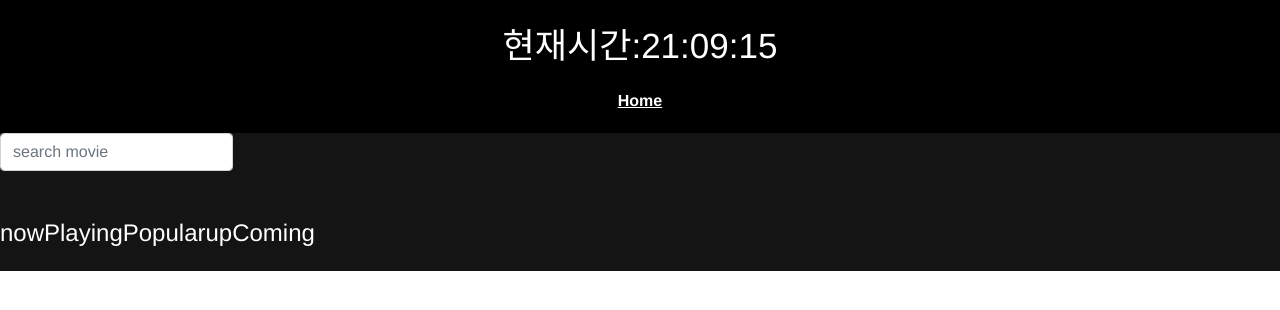
Repository: HeeJeong0718/Vuemovie
Page: /
The author's editor kept a copy of each file at every save. The page is drawn from the files as they stood at one save, then again after the next save.
The browser window is 1280 px wide. The pictures show the whole page.
The page's requests for data from a server got no answer. The project was rebuilt for these pictures with package versions that can differ from the ones it lists, and the page was loaded fresh each time. No one was signed in, and anything a server would have sent is missing. Also part of the build but not shown: vue.config.js.

Above is the page before, as saved 2022-06-20 21:06:49.

### src/main.js
import Vue from 'vue'
import App from './App.vue'
import './registerServiceWorker'
import router from './router'
import BootstrapVue from 'bootstrap-vue'
import 'bootstrap/dist/css/bootstrap.min.css'
import 'bootstrap-vue/dist/bootstrap-vue.css'

Vue.use(BootstrapVue)
Vue.config.productionTip = false

new Vue({
  router,
  render: h => h(App)
}).$mount('#app')

### src/App.vue
<template>
  <div id="app">
    <nav id="nav">
      <div class="clock">
    <p>현재시간:{{now}}</p>
    </div>
      <router-link to="/">Home</router-link>

    </nav>
    <router-view/>
  </div>
</template>
<script>
export default{
 data(){
   return {
       now : "00:00:00"
   }
 },
 mounted(){
      this.setTime();
 },
 methods:{
            //시계만들기
              setTime(){
                setInterval(() => {
                  const date = new Date()
                  this.now = date.getHours() +
                  ":" + this.checkSingleDigit(date.getMinutes()) + ":" +
                        this.checkSingleDigit(date.getSeconds());
                },1000)
              },
              //1의자리로 시작하는거 0붙여주기
              checkSingleDigit(digit){
                return ('0' + digit).slice(-2)
              }
 }
}
</script>

<style>
* {
  color: #ffffff;
  margin:0;
  padding:0;
}
body{
  background-color: rgb(20, 20, 20);
}
#app {
  font-family: Avenir, Helvetica, Arial, sans-serif;
  -webkit-font-smoothing: antialiased;
  -moz-osx-font-smoothing: grayscale;
  text-align: center;
  color: #2c3e50;
    background-color: rgb(20, 20, 20);
}
#nav {
  text-align: center;
  padding: 20px;
  position: relative;
  z-index: 99;
  background: black;
}

nav a {
  font-weight: bold;
  color: #2c3e50;
}

nav a.router-link-exact-active {
  color: #42b983;
}
.router-link-exact-active {
  color: white !important;
}
.clock {
    font-size: 35px;
  }
</style>

### src/router/index.js
import Vue from 'vue'
import VueRouter from 'vue-router'
import HomeView from '../views/HomeView.vue'

Vue.use(VueRouter)

const routes = [
  {
    path: '/',
    name: 'home',
    component: HomeView
  },
  {
    path: '/about',
    name: 'about',
    // route level code-splitting
    // this generates a separate chunk (about.[hash].js) for this route
    // which is lazy-loaded when the route is visited.
    component: () => import(/* webpackChunkName: "about" */ '../views/AboutView.vue')
  },
  {
    path: '/detail/:id',
    name: 'Detail',
    // route level code-splitting
    // this generates a separate chunk (about.[hash].js) for this route
    // which is lazy-loaded when the route is visited.
    component: () => import(/* webpackChunkName: "about" */ '../components/MovieDetail.vue')
  }
]

const router = new VueRouter({
  mode: 'history',
  base: process.env.BASE_URL,
  routes
})

export default router

### src/views/HomeView.vue
<template>
  <div class="home">
    <MovieSearch></MovieSearch>
    <HelloWorld msg="Welcome to Your Vue.js App"/>

  </div>
</template>

<script>
// @ is an alias to /src
import HelloWorld from '@/components/HelloWorld.vue'
import MovieSearch from '@/components/MovieSearch.vue'
export default {
  name: 'HomeView',
  components: {
    HelloWorld,
    MovieSearch
  },

}
</script>

### src/components/HelloWorld.vue
<template>
<div class="d-flex flex-wrap hello">
 <!-- <b-form @submit.prevent="onSearch()">
    <b-form-input v-model="keyword"  placeholder="search movie"></b-form-input>
  </b-form>-->
  <MovieText :text="'nowPlaying'"></MovieText>
  <MovieList :movielist="movieList"></MovieList>
    <MovieText :text="'Popular'"></MovieText>
    <MovieList :movielist="popularList"></MovieList>
    <MovieText :text="'upComing'"></MovieText>
    <MovieList :movielist="upComingList"></MovieList>

  </div>
</template>

<script>
import axios from 'axios'
import MovieText from "../components/MovieText";
import MovieList from "../components/MovieList";
export default {
  name: 'HelloWorld',
  components:{
    MovieText,MovieList
  },

  data() {
     const BASE_URL = "https://image.tmdb.org/t/p/original/";
    return {
      movieList : [],
      popularList : [],
      upComingList : [],
      BASE_URL,
      popular : {},

     // searchmovie : [],
     // keyword : ""

    }
  },
  /*created(){
    this.onSearch()
  },*/
   mounted () {


           const  popular  = 'https://api.themoviedb.org/3/movie/popular?api_key=deb18f193043c4b8d4956056c2f48184&language=ko&page=1%C2%AEion=KR'
           const  nowPlaying ='https://api.themoviedb.org/3/movie/now_playing?api_key=deb18f193043c4b8d4956056c2f48184&language=ko&page=1%C2%AEion=KR'
            const  upComing ='https://api.themoviedb.org/3/movie/upcoming?api_key=deb18f193043c4b8d4956056c2f48184&language=ko&page=1%C2%AEion=KR'
              axios.get(nowPlaying).then((response) => {
                    this.movieList = response.data.results
                    console.log("movie::" + JSON.stringify(response.data.results));
                }),

               axios.get(popular).then((response) => {
                    this.popularList = response.data.results
                    console.log("moviepopular::" + JSON.stringify(response.data.results));
                }),
                 axios.get(upComing).then((response) => {
                    this.upComingList = response.data.results
                    console.log("upComingList::" + JSON.stringify(response.data.results));
                })


            },
            methods:{
              image(img){
                 return `https://image.tmdb.org/t/p/original/${img}`;
              },
              goDetail(id){
                //return alert("id!!" + id);
                this.$router.push(`detail/${id}`);
              },
              onSearch(){
              const keyword = this.keyword;
                axios.get('https://api.themoviedb.org/3/search/movie?api_key=deb18f193043c4b8d4956056c2f48184&language=ko&query='+`${keyword}`+'&page=1&include_adult=false').then((response) => {
                  console.log("keyword" + keyword);
                  this.searchmovie = response.data.results
                    console.log("searchmovie::" + JSON.stringify(response));
                })
              },

            }
}
</script>

<!-- Add "scoped" attribute to limit CSS to this component only -->
<style scoped>
h3 {
  margin: 40px 0 0;
}
ul {
  list-style-type: none;
  padding: 0;
}
li {
  display: inline-block;
  margin: 0 10px;
}
a {
  color: #42b983;
}
.clock {
    display: inline-block;
    font-size: 35px;
  }
</style>

### src/components/MovieSearch.vue
<template>
    <div class="d-flex flex-wrap">
    <b-form @submit.prevent="onSearch()">
    <b-form-input v-model="keyword"  placeholder="search movie"></b-form-input>
  </b-form>
     <div class="movie-card"  style="width:150px;" v-for="movie in searchmovie" v-bind:key="movie.id">
    <div v-if="movie" @click="goDetail(movie.id)">
      <b-img :src='`https://image.tmdb.org/t/p/original/${movie.poster_path}`' style="width:125px; height:180px" ></b-img>
      <p>{{movie.id}}</p>
     <p>{{movie.title}}</p>
      <p>{{movie.release_date.split("-")[0]}}</p>

    </div>
  </div>
    </div>
</template>
<script>
import axios from 'axios'
export default {
  data() {

    return {
      searchmovie : [],
      keyword : ""

    }
  },
  /*created(){
    this.onSearch()
  },*/

            methods:{
              onSearch(){
              const keyword = this.keyword;
                axios.get('https://api.themoviedb.org/3/search/movie?api_key=deb18f193043c4b8d4956056c2f48184&language=ko&query='+`${keyword}`+'&page=1&include_adult=false').then((response) => {
                  console.log("keyword" + keyword);
                  this.searchmovie = response.data.results
                    console.log("searchmovie::" + JSON.stringify(response));
                })
              },
                goDetail(id){
                //return alert("id!!" + id);
                this.$router.push(`detail/${id}`);
              },
            }
}
</script>

### src/components/MovieText.vue
<template>
  <div class="h4 ml-3 mt-5 mb-4 text-white">{{text}}</div>
</template>
<script>

export default {
  props:{
      text:String
  }
}
</script>

### src/components/MovieList.vue
<template>

   <div class="d-flex flex-wrap">
    <div id="movielist" v-for="movie in movielist" :key="movie.id">
      <div  @click="goDetail(movie.id)">
      <b-img :src='`https://image.tmdb.org/t/p/original/${movie.poster_path}`' style="width:125px; height:180px"
       ></b-img>
      <p>{{movie.id}}</p>
     <p>{{movie.title}}</p>
      <p>{{movie.release_date.split("-")[0]}}</p>
      </div>
    </div>
  </div>

</template>
<script>

export default{
  //1.무비리스트를 보여주는 템플릿설정
  props : ['movielist'],
  data(){
      return {

      }
  },
  methods:{
       goDetail(id){
                //return alert("id!!" + id);
                alert("id!!" + id);
                this.$router.push(`detail/${id}`);
              }
    }

}

</script>

<style scoped>
#movielist{

  margin: 10px
}
</style>

Loaded but not shown: public/index.html (common file); src/registerServiceWorker.js (common file); src/components/MovieMain.vue (no stored copy; drawn as an empty file)

After the next save:
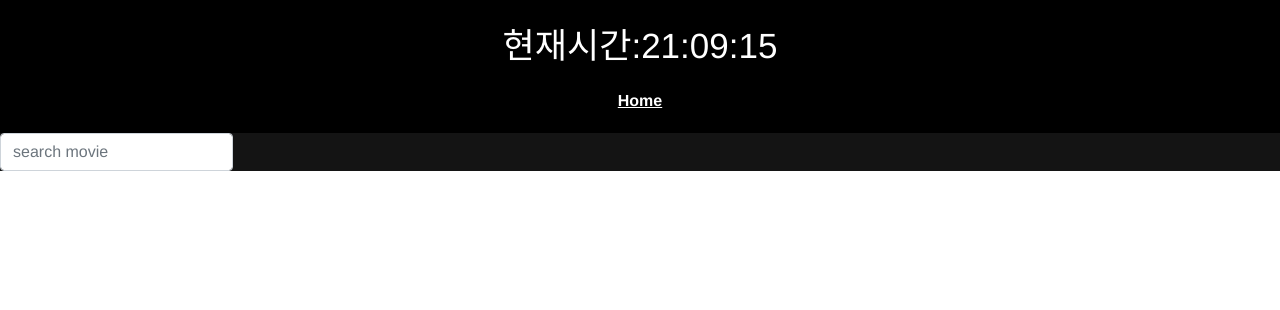
Saved 35 s later.
--- a/src/views/HomeView.vue
+++ b/src/views/HomeView.vue
@@ -1,19 +1,19 @@
 <template>
   <div class="home">
     <MovieSearch></MovieSearch>
-    <HelloWorld msg="Welcome to Your Vue.js App"/>
+    <MovieMain/>
 
   </div>
 </template>
 
 <script>
 // @ is an alias to /src
-import HelloWorld from '@/components/HelloWorld.vue'
+import MovieMain from '@/components/MovieMain.vue'
 import MovieSearch from '@/components/MovieSearch.vue'
 export default {
   name: 'HomeView',
   components: {
-    HelloWorld,
+    MovieMain,
     MovieSearch
   },
 
